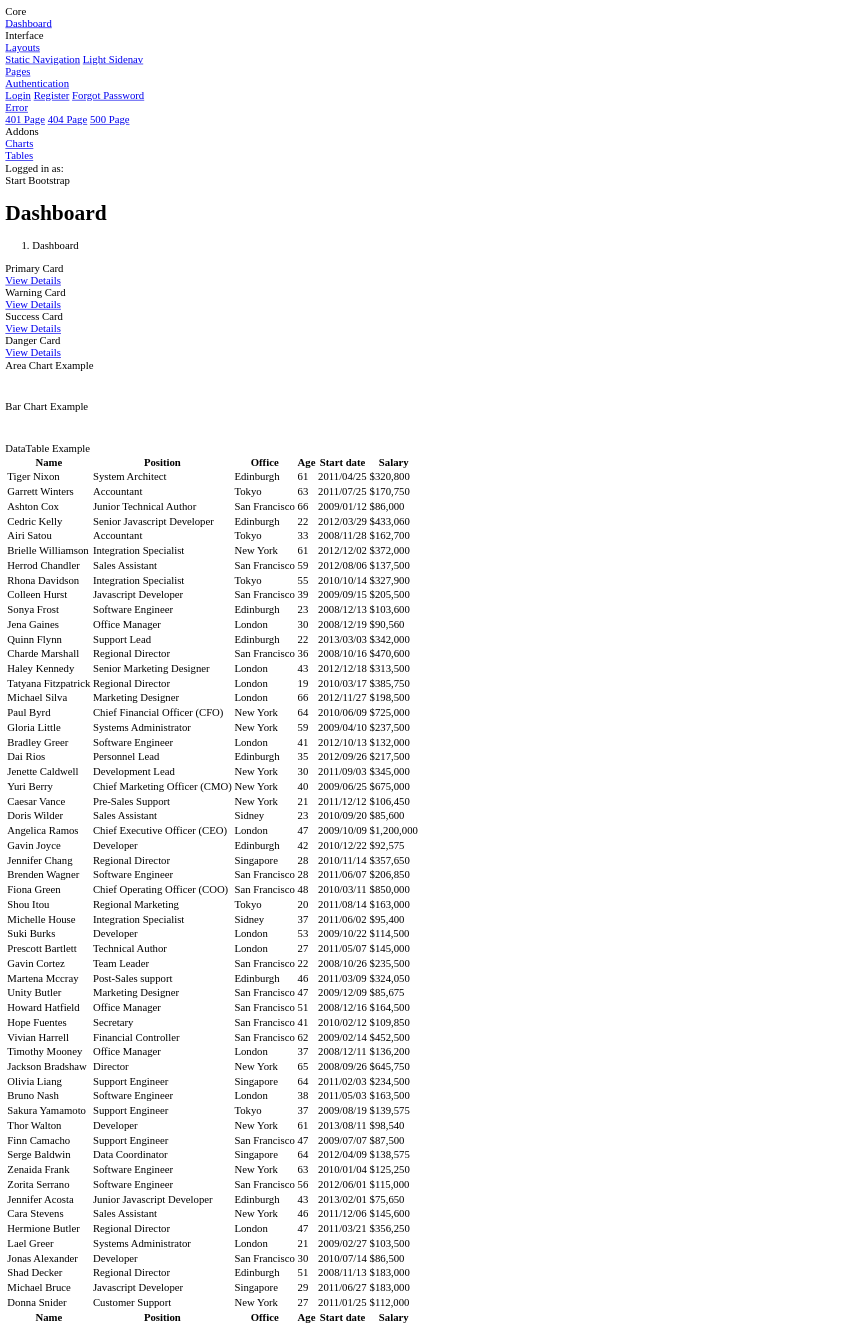
Repository: kubon9xhd/SpringMVC
Page: http://localhost/spring-mvc/WEB-INF/views/admin/home.jsp
An editor plug-in stored every save of this project. The page is shown before and after the next save, followed by the edit.
The browser window is 1280 px wide. The pictures show the whole page, at 67% of full size.
The page is served by Tomcat 9. Nobody is signed in. The template is opened directly, without the code that normally fills it, so the values that code supplies are empty.

Above is the page before, as saved 2021-06-05 15:10:55.

After the next save:
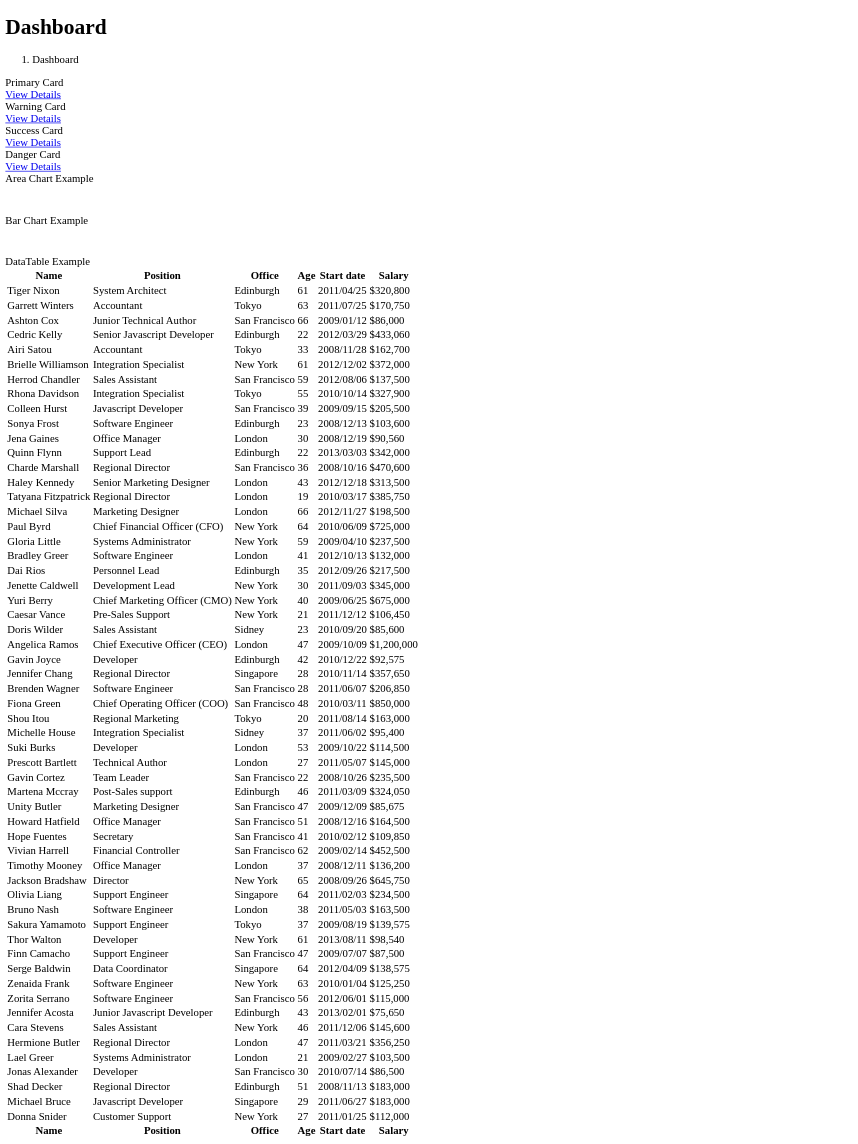
Saved 9 s later.
--- a/spring-mvc/src/main/webapp/WEB-INF/views/admin/home.jsp
+++ b/spring-mvc/src/main/webapp/WEB-INF/views/admin/home.jsp
@@ -13,104 +13,7 @@
 </head>
 
 <body>
-	<div id="layoutSidenav">
-		<div id="layoutSidenav_nav">
-			<nav class="sb-sidenav accordion sb-sidenav-dark"
-				id="sidenavAccordion">
-				<div class="sb-sidenav-menu">
-					<div class="nav">
-						<div class="sb-sidenav-menu-heading">Core</div>
-						<a class="nav-link" href="index.html">
-							<div class="sb-nav-link-icon">
-								<i class="fas fa-tachometer-alt"></i>
-							</div> Dashboard
-						</a>
-						<div class="sb-sidenav-menu-heading">Interface</div>
-						<a class="nav-link collapsed" href="#" data-bs-toggle="collapse"
-							data-bs-target="#collapseLayouts" aria-expanded="false"
-							aria-controls="collapseLayouts">
-							<div class="sb-nav-link-icon">
-								<i class="fas fa-columns"></i>
-							</div> Layouts
-							<div class="sb-sidenav-collapse-arrow">
-								<i class="fas fa-angle-down"></i>
-							</div>
-						</a>
-						<div class="collapse" id="collapseLayouts"
-							aria-labelledby="headingOne" data-bs-parent="#sidenavAccordion">
-							<nav class="sb-sidenav-menu-nested nav">
-								<a class="nav-link" href="layout-static.html">Static
-									Navigation</a> <a class="nav-link" href="layout-sidenav-light.html">Light
-									Sidenav</a>
-							</nav>
-						</div>
-						<a class="nav-link collapsed" href="#" data-bs-toggle="collapse"
-							data-bs-target="#collapsePages" aria-expanded="false"
-							aria-controls="collapsePages">
-							<div class="sb-nav-link-icon">
-								<i class="fas fa-book-open"></i>
-							</div> Pages
-							<div class="sb-sidenav-collapse-arrow">
-								<i class="fas fa-angle-down"></i>
-							</div>
-						</a>
-						<div class="collapse" id="collapsePages"
-							aria-labelledby="headingTwo" data-bs-parent="#sidenavAccordion">
-							<nav class="sb-sidenav-menu-nested nav accordion"
-								id="sidenavAccordionPages">
-								<a class="nav-link collapsed" href="#" data-bs-toggle="collapse"
-									data-bs-target="#pagesCollapseAuth" aria-expanded="false"
-									aria-controls="pagesCollapseAuth"> Authentication
-									<div class="sb-sidenav-collapse-arrow">
-										<i class="fas fa-angle-down"></i>
-									</div>
-								</a>
-								<div class="collapse" id="pagesCollapseAuth"
-									aria-labelledby="headingOne"
-									data-bs-parent="#sidenavAccordionPages">
-									<nav class="sb-sidenav-menu-nested nav">
-										<a class="nav-link" href="login.html">Login</a> <a
-											class="nav-link" href="register.html">Register</a> <a
-											class="nav-link" href="password.html">Forgot Password</a>
-									</nav>
-								</div>
-								<a class="nav-link collapsed" href="#" data-bs-toggle="collapse"
-									data-bs-target="#pagesCollapseError" aria-expanded="false"
-									aria-controls="pagesCollapseError"> Error
-									<div class="sb-sidenav-collapse-arrow">
-										<i class="fas fa-angle-down"></i>
-									</div>
-								</a>
-								<div class="collapse" id="pagesCollapseError"
-									aria-labelledby="headingOne"
-									data-bs-parent="#sidenavAccordionPages">
-									<nav class="sb-sidenav-menu-nested nav">
-										<a class="nav-link" href="401.html">401 Page</a> <a
-											class="nav-link" href="404.html">404 Page</a> <a
-											class="nav-link" href="500.html">500 Page</a>
-									</nav>
-								</div>
-							</nav>
-						</div>
-						<div class="sb-sidenav-menu-heading">Addons</div>
-						<a class="nav-link" href="charts.html">
-							<div class="sb-nav-link-icon">
-								<i class="fas fa-chart-area"></i>
-							</div> Charts
-						</a> <a class="nav-link" href="tables.html">
-							<div class="sb-nav-link-icon">
-								<i class="fas fa-table"></i>
-							</div> Tables
-						</a>
-					</div>
-				</div>
-				<div class="sb-sidenav-footer">
-					<div class="small">Logged in as:</div>
-					Start Bootstrap
-				</div>
-			</nav>
-		</div>
-		<div id="layoutSidenav_content">
+	<div id="layoutSidenav_content">
 			<main>
 				<div class="container-fluid px-4">
 					<h1 class="mt-4">Dashboard</h1>
@@ -683,7 +586,6 @@
 				</div>
 			</main>
 		</div>
-	</div>
 </body>
 
 </html>
